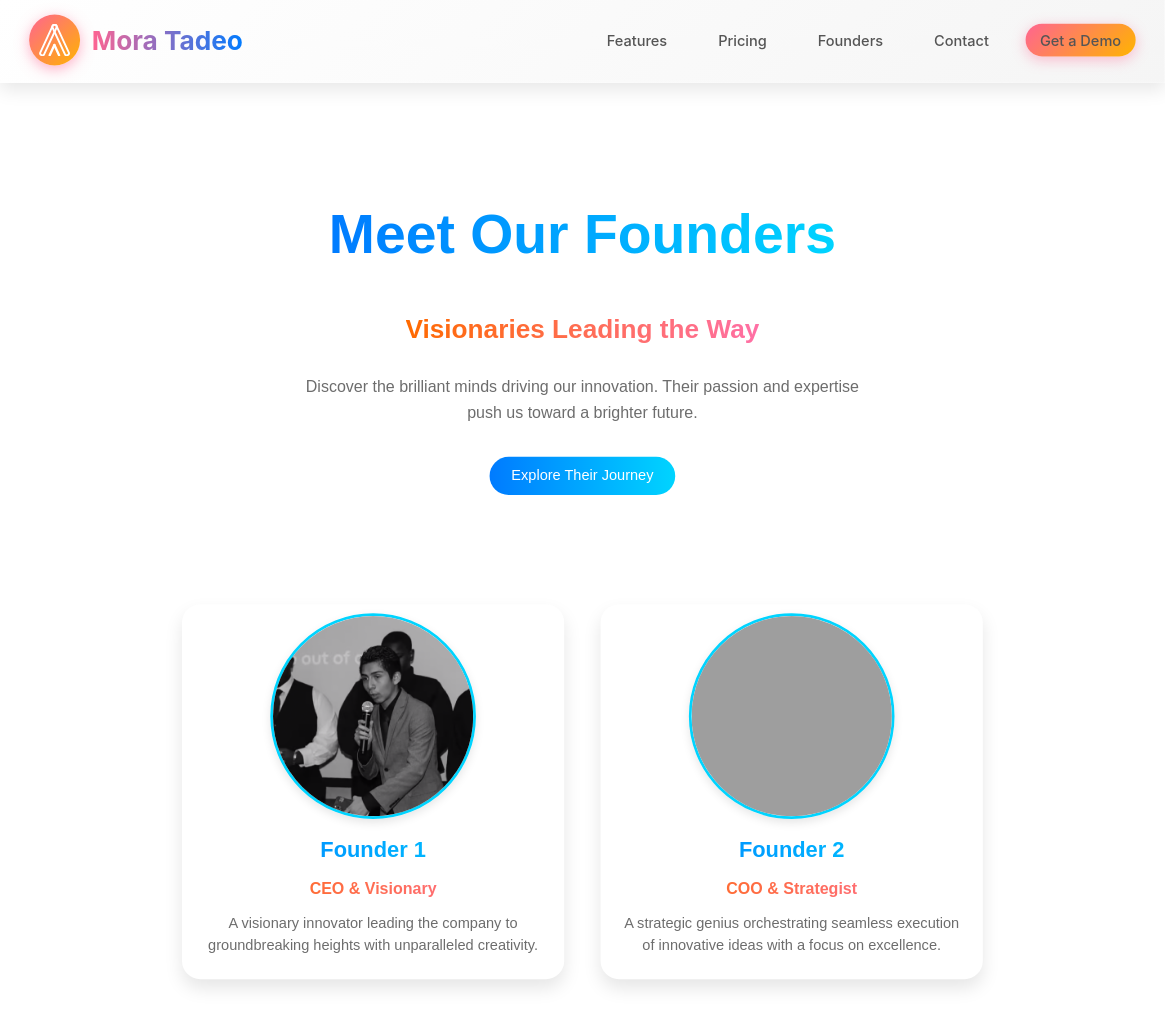
Repository: AbrahamM007/moratadeo
Page: /founders
The author's editor kept a copy of each file at every save. The page is drawn from the files as they stood at one save, then again after the next save.
The browser window is 1280 px wide. The pictures show the whole page, at 91% of full size.
Pictures or frames that could not be fetched are drawn as grey boxes. The project was rebuilt for these pictures with package versions that can differ from the ones it lists, and the page was loaded fresh each time. Also part of the build but not shown: src/HeroSection.css, src/HeroSection.js, src/InfoSection.css, src/InfoSection.js, src/RoadmapSection.css, src/RoadmapSection.js, src/DesignPhaseSection.js, src/HeroBanner.js and 7 more.

Above is the page before, as saved 2025-01-12 22:44:09.

After the next save:
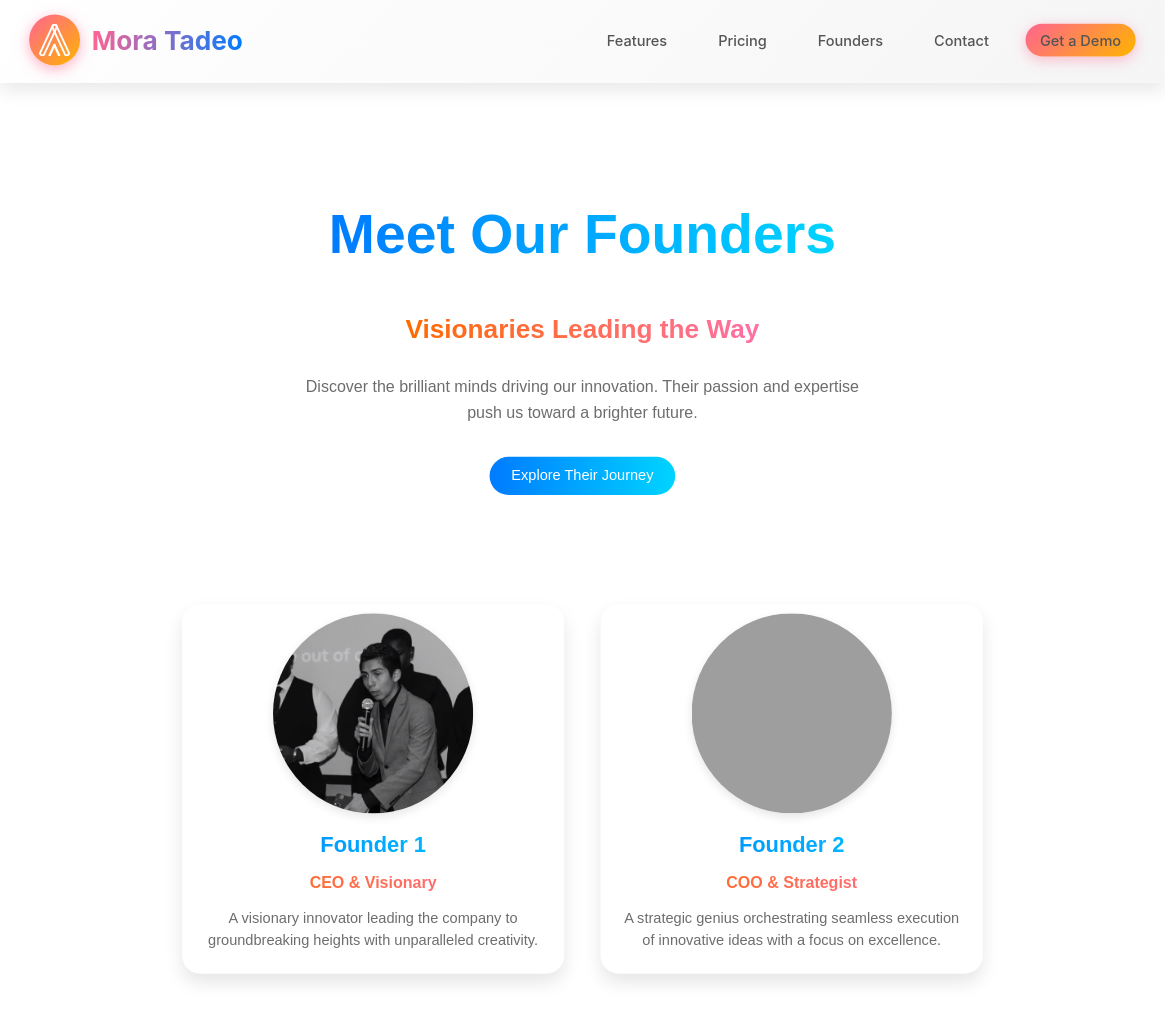
Saved 13 s later.
--- a/src/FoundersPage.css
+++ b/src/FoundersPage.css
@@ -98,7 +98,7 @@
     border-radius: 50%;
     box-shadow: 0 4px 10px rgba(0, 0, 0, 0.1);
     margin: 0 auto 20px;
-    border: 3px solid #00d4ff; /* Stylish border */
+    /* border: 3px solid #00d4ff; Stylish border */
   }
 
   .founder-image {
